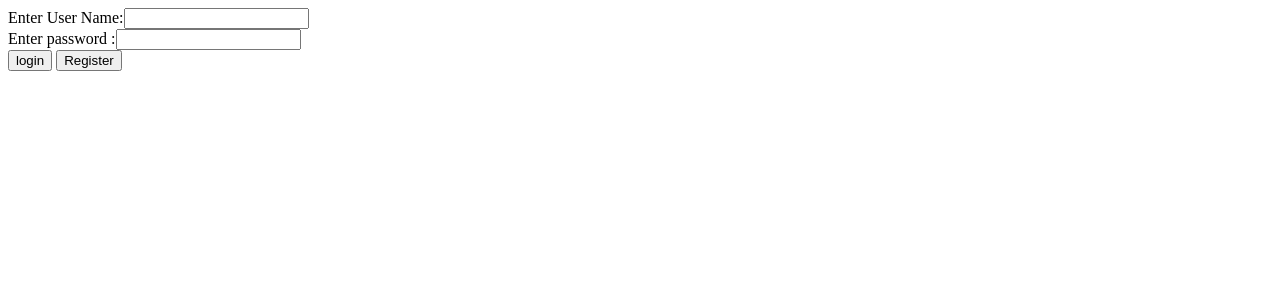
Repository: mugdha97/JSPServlet
Page: http://localhost/com.bridgelabz.loginRegister/login.jsp
An editor plug-in stored every save of this project. The page is shown before and after the next save, followed by the edit.
The browser window is 1280 px wide. The pictures show the whole page.
The page is served by Tomcat 9.

Above is the page before, as saved 2019-10-18 13:23:40.

After the next save:
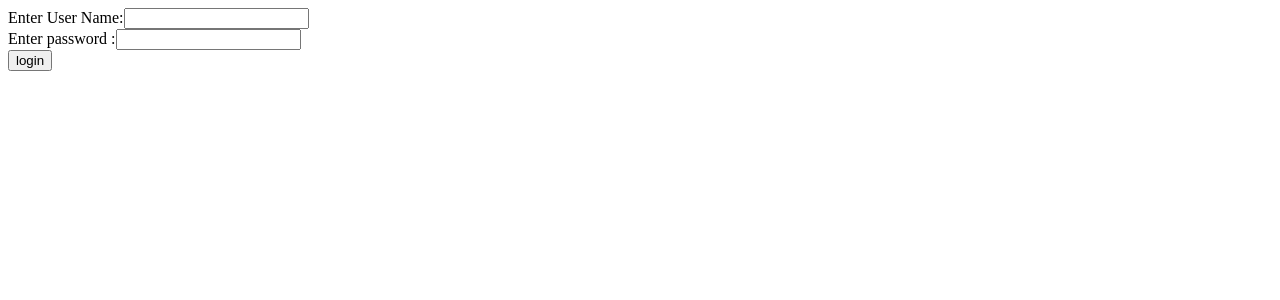
Saved 96 s later.
--- a/com.bridgelabz.loginRegister/WebContent/login.jsp
+++ b/com.bridgelabz.loginRegister/WebContent/login.jsp
@@ -11,7 +11,7 @@
 Enter User Name:<input type="text" name="uname"><br>
 Enter password :<input type="password" name="password"><br>
 <input type="submit" value="login">
-<input type="submit" value="Register" >
+
 </form>
 <form >
 
